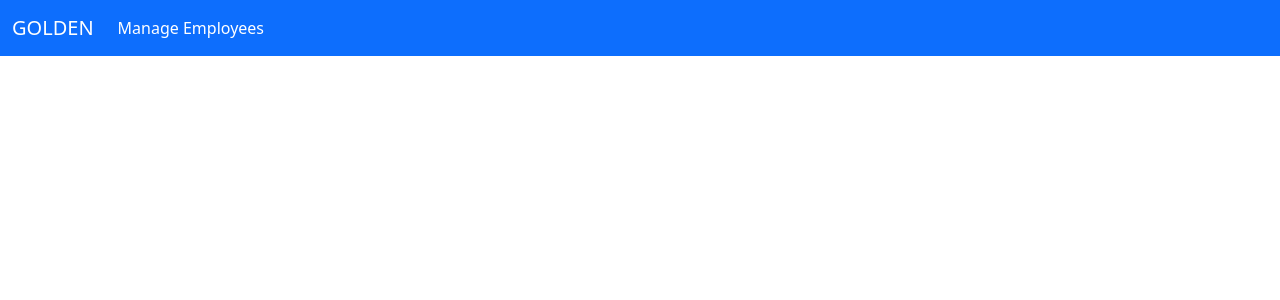
Repository: owuraku/DBC28.1
Page: http://localhost/employees
These files come from the project's save history. The page is drawn as it stood at one moment and after the next save; the edit follows.
The browser window is 1280 px wide. The pictures show the whole page.
The page is served by the project's Laravel application, run on PHP 8.4 with Laravel 10. Other server files are loaded and not shown.

Above is the page before, as saved 2023-05-22 10:14:52.

### routes/web.php
<?php

use App\Http\Controllers\EmployeeController;
use App\Http\Controllers\FirstController;
use Illuminate\Support\Facades\Route;

/*
|--------------------------------------------------------------------------
| Web Routes
|--------------------------------------------------------------------------
|
| Here is where you can register web routes for your application. These
| routes are loaded by the RouteServiceProvider and all of them will
| be assigned to the "web" middleware group. Make something great!
|
*/

Route::get('/', function () {
    return view('welcome');
});

// Route::get('/employees', function(){
//     return "Get all employees";
// })->name('employees.index');


// Route::get('/employees/{id}', function($id){
//     return "Get employee with id of $id";
// })->whereNumber('id')->name('employees.show');

Route::get('/employees', [FirstController::class, 'myFirstControllerFunction']);



//Route prefix
// Route::prefix('/employees')
// ->name('employees.')
// ->controller(FirstController::class)
// ->group(function(){
    // Route::get('', 'myFirstControllerFunction' )->name('index');

//     Route::post('', function(){
//         return "Save employee details";
//     })->name('store');

//     Route::get('/create', function(){
//         return "Get employee create form";
//     })->name('create');

//     Route::get('/{id}', 'mySecondControllerFunction')->name('show');

//      Route::get('/edit/{id}', function($id){
//         return "Get edit form for employee with id of $id";
//     })->name('edit');

//     Route::patch('/{id}', function($id){
//         return "Edit employee id of $id";
//     })->name('update');

//      Route::delete('/{id}', function($id){
//         return "Delete employee id of $id";
//     })->name('destroy');
// });


Route::resource('/employees', EmployeeController::class);

### app/Http/Controllers/EmployeeController.php
<?php

namespace App\Http\Controllers;

use Illuminate\Http\Request;

class EmployeeController extends Controller
{
    /**
     * Display a listing of the resource.
     */
    public function index()
    {
        // return view('myFirstView')
        // ->with('fullname', 'Kofi Mensah')
        // ->with('age', 15);

         return view('layout.master', [
            "fullname" => "Kofi Mensah",
            "age" => 15,
            "isRegistered" => false
         ]);
        // return view('test');
        // return [
        //     [
        //         "id" => 1, "name"=> "Kofi Mensah"
        //     ],
        //      [
        //         "id" => 2, "name"=> "Adwoa Mansah"
        //     ]
        // ];
        //
    }

    /**
     * Show the form for creating a new resource.
     */
    public function create()
    {
        //
    }

    /**
     * Store a newly created resource in storage.
     */
    public function store(Request $request)
    {
        $validated = $request->validate([
        'last_name' => 'required|min:10',
        'first_name' => 'required|min:10',
        ]);
        //

        return $validated;
    }

    /**
     * Display the specified resource.
     */
    public function show(string $id)
    {
        //
    }

    /**
     * Show the form for editing the specified resource.
     */
    public function edit(string $id)
    {
        //
    }

    /**
     * Update the specified resource in storage.
     */
    public function update(Request $request, string $id)
    {
        //
    }

    /**
     * Remove the specified resource from storage.
     */
    public function destroy(string $id)
    {
        //
    }
}

### resources/views/layout/master.blade.php
<!DOCTYPE html>
<html lang="en">

<head>
    <meta charset="UTF-8">
    <meta name="viewport" content="width=device-width, initial-scale=1.0">
    <meta http-equiv="X-UA-Compatible" content="ie=edge">
    <link href="https://cdn.jsdelivr.net/npm/bootstrap@5.3.0-alpha3/dist/css/bootstrap.min.css" rel="stylesheet"
        integrity="sha384-KK94CHFLLe+nY2dmCWGMq91rCGa5gtU4mk92HdvYe+M/SXH301p5ILy+dN9+nJOZ" crossorigin="anonymous">
    <title>Document</title>
</head>

<body>
    <main>
        @include('layout.navbar')
        <div class="container">

        </div>
    </main>

    <script src="https://cdn.jsdelivr.net/npm/bootstrap@5.3.0-alpha3/dist/js/bootstrap.bundle.min.js"
        integrity="sha384-ENjdO4Dr2bkBIFxQpeoTz1HIcje39Wm4jDKdf19U8gI4ddQ3GYNS7NTKfAdVQSZe" crossorigin="anonymous">
    </script>
</body>

</html>

### resources/views/layout/navbar.blade.php
<nav class="navbar navbar-expand-lg bg-primary" data-bs-theme="dark">
    <div class="container-fluid">
        <a class="navbar-brand" href="#">GOLDEN</a>
        <button class="navbar-toggler" type="button" data-bs-toggle="collapse" data-bs-target="#navbarSupportedContent"
            aria-controls="navbarSupportedContent" aria-expanded="false" aria-label="Toggle navigation">
            <span class="navbar-toggler-icon"></span>
        </button>
        <div class="collapse navbar-collapse" id="navbarSupportedContent">
            <ul class="navbar-nav me-auto mb-2 mb-lg-0">
                <li class="nav-item">
                    <a class="nav-link active" aria-current="page" href="{{ route('employees.index') }}">Manage
                        Employees</a>
                </li>
            </ul>
            {{-- <form class="d-flex" role="search">
        <input class="form-control me-2" type="search" placeholder="Search" aria-label="Search">
        <button class="btn btn-outline-success" type="submit">Search</button>
      </form> --}}
        </div>
    </div>
</nav>

Loaded but not shown: app/Http/Controllers/Controller.php (common file)

After the next save:
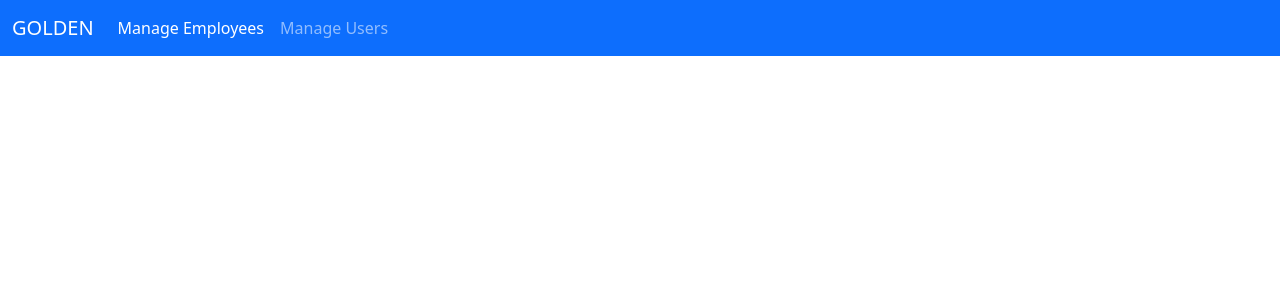
Saved 82 s later.
--- a/resources/views/layout/navbar.blade.php
+++ b/resources/views/layout/navbar.blade.php
@@ -11,6 +11,10 @@
                     <a class="nav-link active" aria-current="page" href="{{ route('employees.index') }}">Manage
                         Employees</a>
                 </li>
+                <li class="nav-item">
+                    <a class="nav-link" aria-current="page" href="#">Manage
+                        Users</a>
+                </li>
             </ul>
             {{-- <form class="d-flex" role="search">
         <input class="form-control me-2" type="search" placeholder="Search" aria-label="Search">
